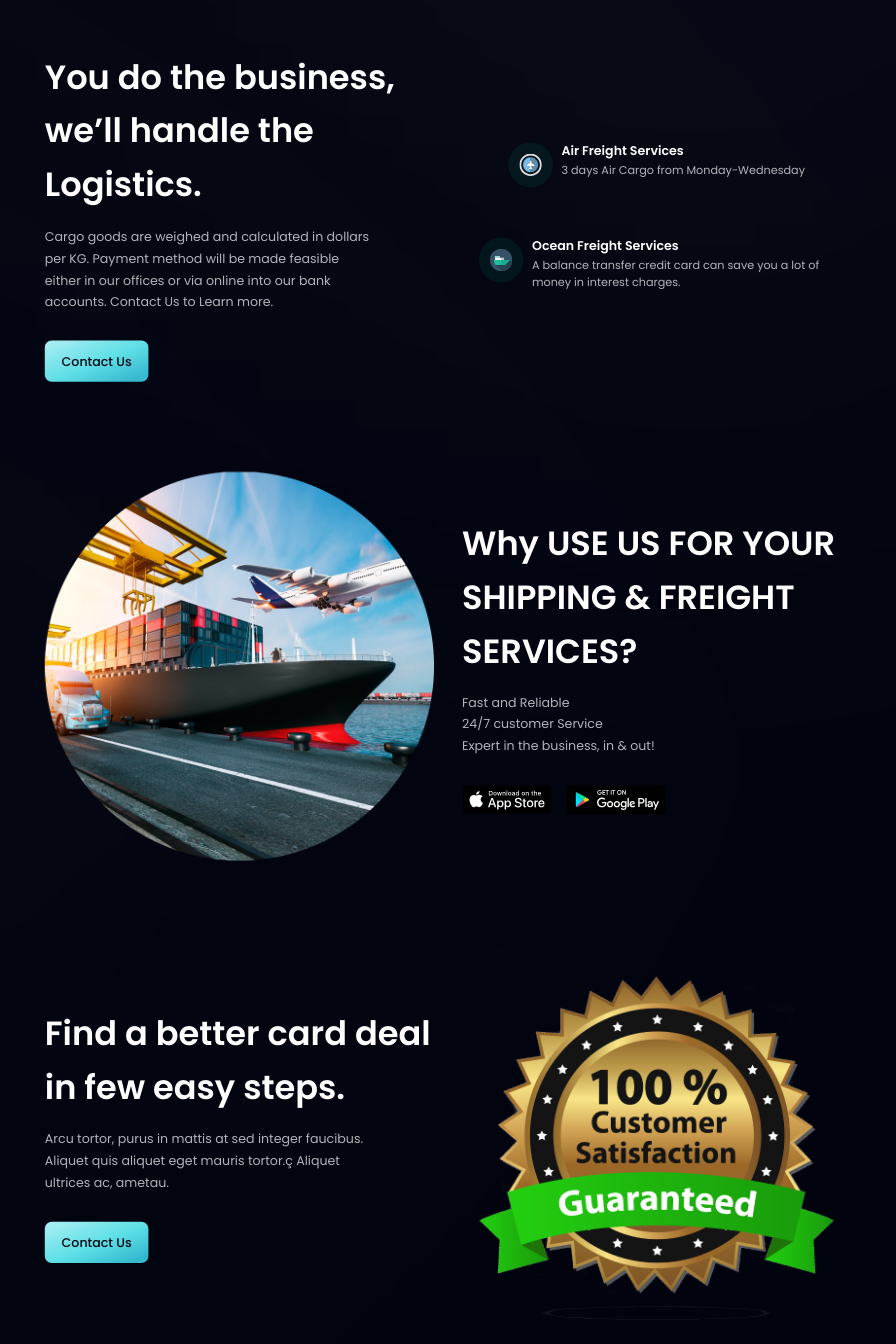
Repository: Miracleoluebube/captionlogistics
Page: /
An editor plug-in stored every save of this project. The page is shown before and after the next save, followed by the edit.
The browser window is 1280 px wide. The pictures show the part of the page from y = 1318 to 3238 px (the page is 5409 px tall), at 70% of full size.
The project was rebuilt for these pictures with package versions that can differ from the ones it lists, and the page was loaded fresh each time. Also part of the build but not shown: vite.config.js.

Above is the page before, as saved 2022-10-02 17:40:54.

After the next save:
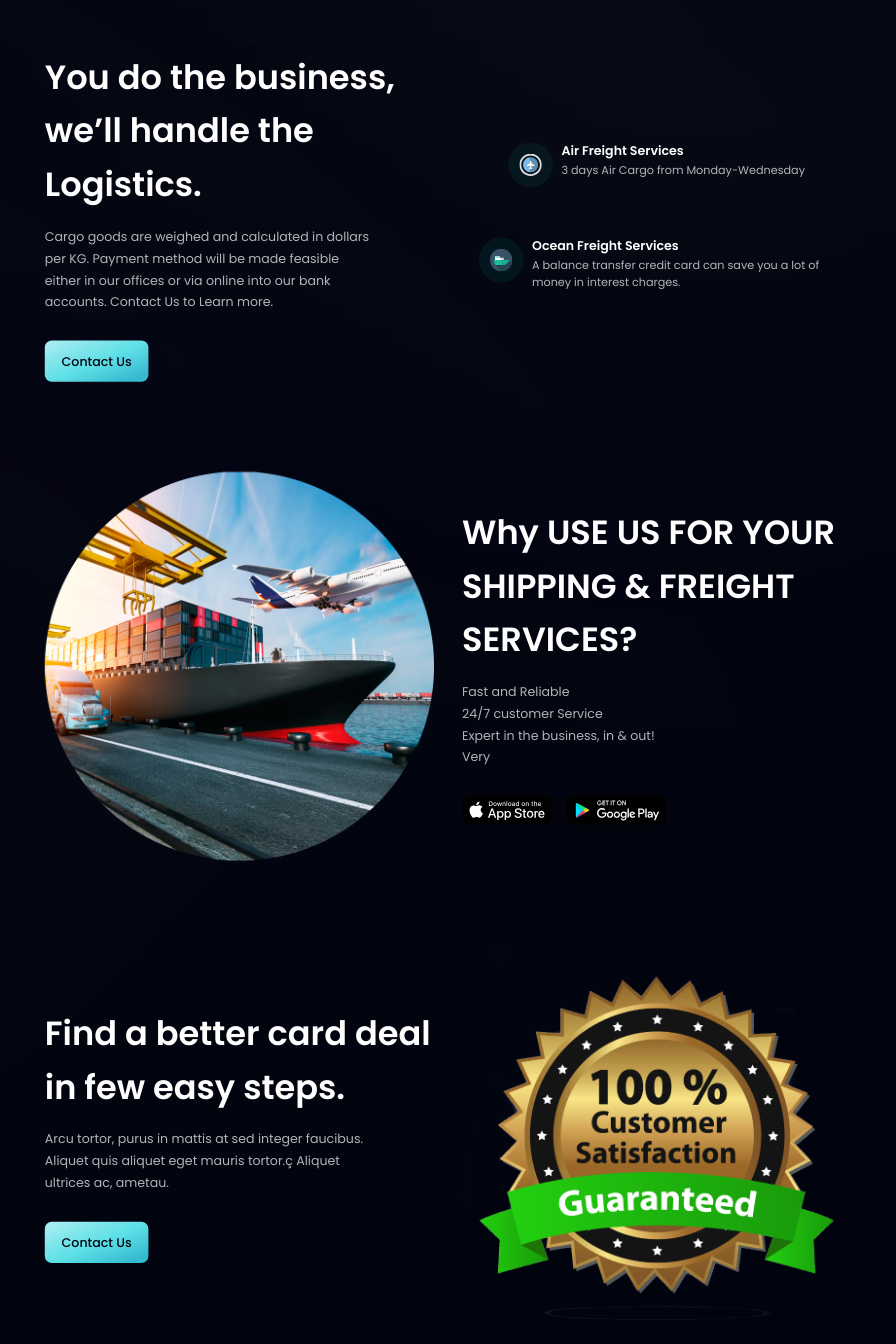
Saved 9 s later.
--- a/src/components/Billing.jsx
+++ b/src/components/Billing.jsx
@@ -23,7 +23,7 @@
   <li>Fast and Reliable</li>
   <li>24/7 customer Service</li>
   <li>Expert in the business, in & out!</li>
-  <li></li>
+  <li>Very </li>
 </ol>
       </p>
 
